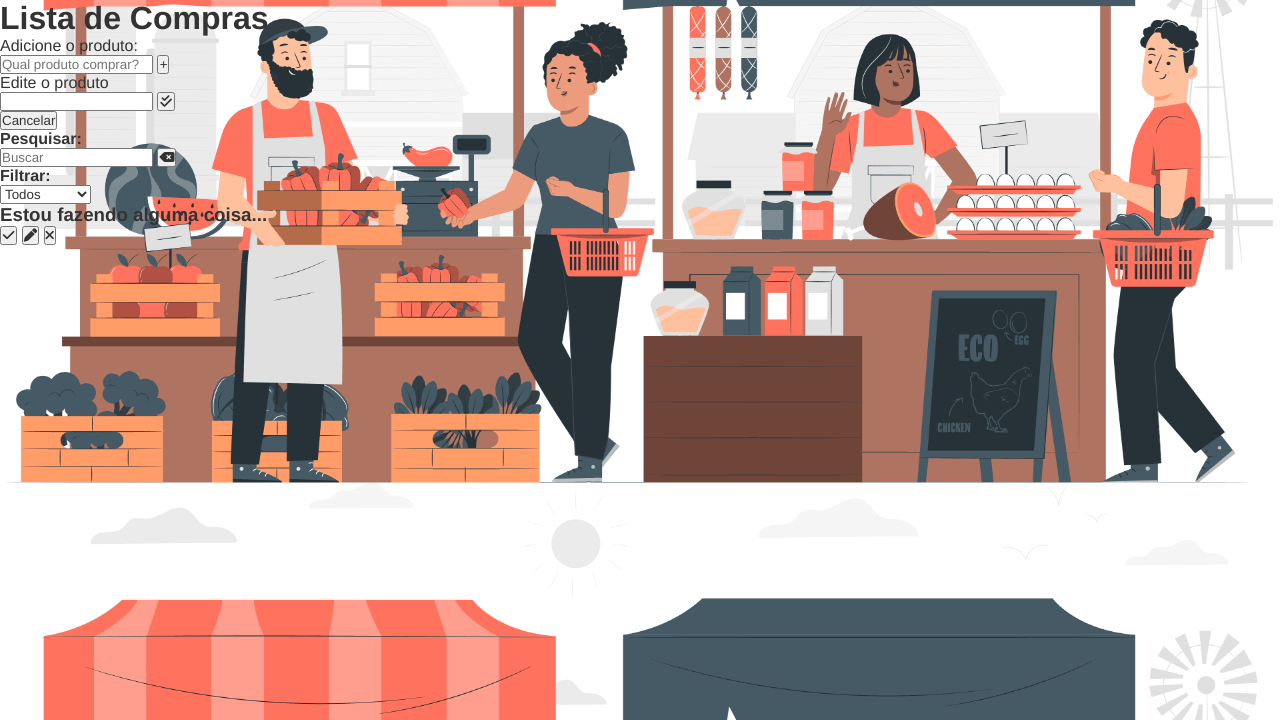
Repository: Dkrvalho/mercado
Page: index.html
An editor plug-in stored every save of this project. The page is shown before and after a run of saves, followed by the edit.
The browser window is 1280 px wide. The pictures show the whole page.

Above is the page before, as saved 2023-01-09 12:39:27.

### index.html
<!DOCTYPE html>
<html lang="en">
<head>
    <meta charset="UTF-8">
    <meta http-equiv="X-UA-Compatible" content="IE=edge">
    <meta name="viewport" content="width=device-width, initial-scale=1.0">
    <!-- CSS -->
    <link rel="stylesheet" href="css/style.css">
    <!-- Font Awesome -->
    <link rel="stylesheet" href="https://cdnjs.cloudflare.com/ajax/libs/font-awesome/6.2.1/css/all.min.css" integrity="sha512-MV7K8+y+gLIBoVD59lQIYicR65iaqukzvf/nwasF0nqhPay5w/9lJmVM2hMDcnK1OnMGCdVK+iQrJ7lzPJQd1w==" crossorigin="anonymous" referrerpolicy="no-referrer" />
    <!-- JS -->
    <script src="js/script.js" defer></script>
    <!-- defer faz com que o js seja carregado após o html -->
    <title>Lista de Compras</title>
</head>
    <main class="container">
        <header>
            <h1>Lista de Compras</h1>
        </header>
        <form id="form">
            <p>Adicione o produto:</p>
            <div class="form-control">
                <input type="text" id="todo-input" placeholder="Qual produto comprar?">
                <button type="submit">
                    <i class="fa-thin fa-plus"></i>
                </button>
            </div>
        </form>
        <form id="edit-form">
            <p>Edite o produto</p>
            <div id="form-control">
                <input type="text" id="edit-input">
                <button type="submit">
                    <i class="fa-solid fa-check-double"></i>
                </button>
            </div>
            <button id="cancel-edit-btn">Cancelar</button>
        </form>
        <div id="tollbar">
            <div id="search">
                <h4>Pesquisar:</h4>
                <form>
                    <input type="text" id="search-input" placeholder="Buscar">
                    <button id="erase-btn">
                        <i class="fa-solid fa-delete-left"></i>
                    </button>
                </form>
            </div>
        </div>
        <div id="filter">
            <h4>Filtrar:</h4>
            <select id="filter-select">
                <option value="all">Todos</option>
                <option value="done">Comprados</option>
                <option value="todo">A comprar</option>
            </select>
        </div>
        <div id="todo-list">
            <div id="todo">
                <h3>Estou fazendo alguma coisa...</h3>
                <button class="finih-todo">
                    <i class="fa-solid fa-check"></i>
                </button>
                <button class="edit-todo">
                    <i class="fa-solid fa-pen"></i>
                </button>
                <button class="remove-todo">
                    <i class="fa-solid fa-xmark"></i>
                </button>
            </div>
        </div>
    </main>
<body>

</body>
</html>

### css/style.css
/* Geral */
* {
    padding: 0;
    margin: 0;
    font-family: Helvetica, sans-serif, Arial;
    color: #333;
    box-sizing: border-box;
}

body {
    background-image: url("../img/fundo.png");
    background-position: center;
    background-size: cover;
}

button {
    background-color: ;
}

Loaded but not shown: js/script.js (no copy from this time; the picture is the same without it)

After the next 7 saves:
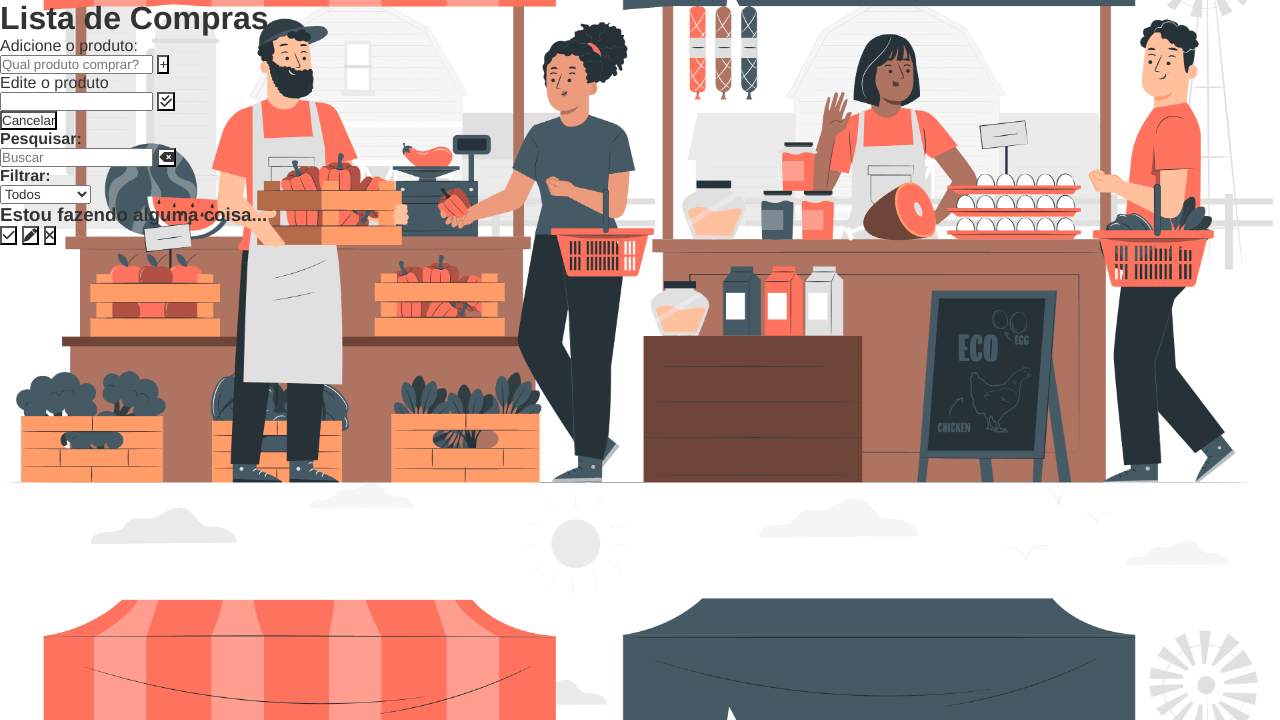
The 7 saves are shown as one change because they came seconds apart.
The last was saved 17 s later.
--- a/css/style.css
+++ b/css/style.css
@@ -14,5 +14,6 @@ body {
 }
 
 button {
-    background-color: ;
+    background-color: #fdfdfd;
+    color: #f2f5d;
 }
